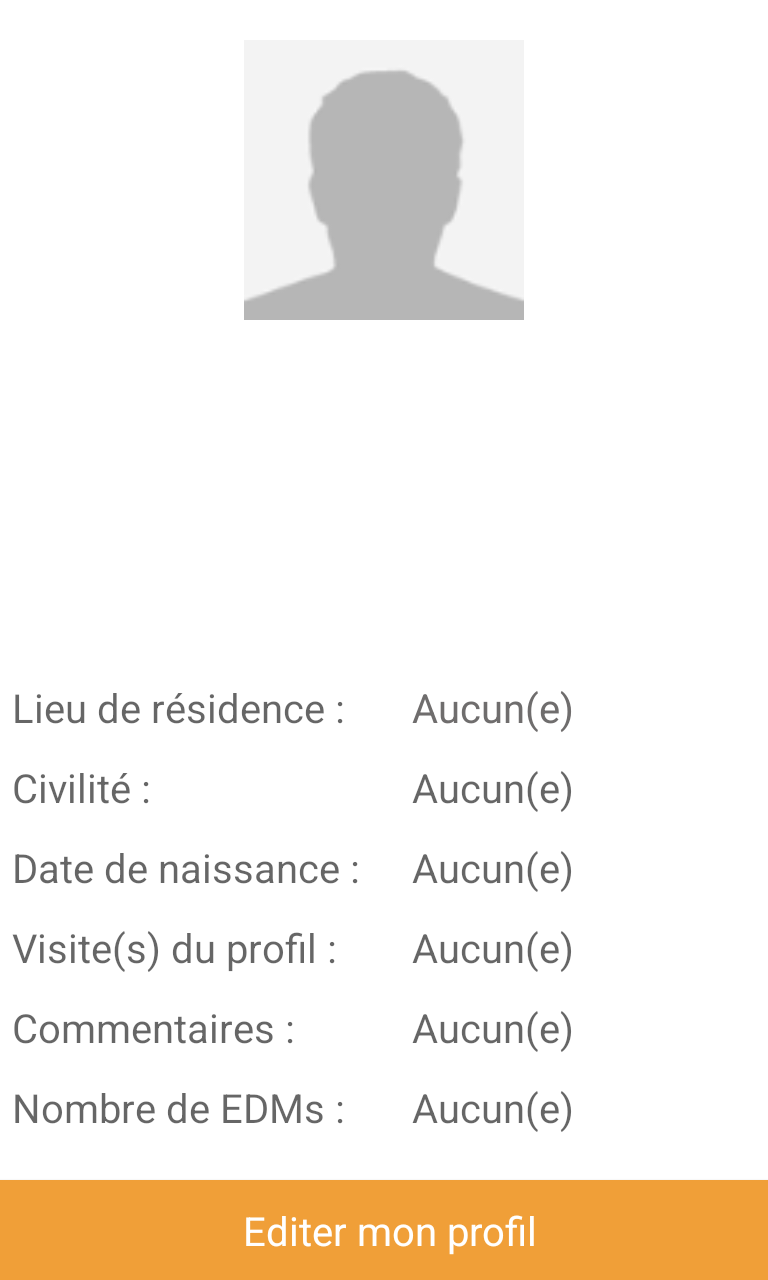
Repository: pierrealexvezinet/excusedemerde
Layout: edm/res/layout/account_fragment.xml
An editor plug-in stored every save of this project. The layout is shown before and after the next save, followed by the edit.
It is drawn on a 768 x 1280 px phone screen (xhdpi) without system bars, with theme Theme.AppCompat.Light; the app's code is not run.

Above is the layout before, as saved 2014-02-15 18:29:56.

After the next save:
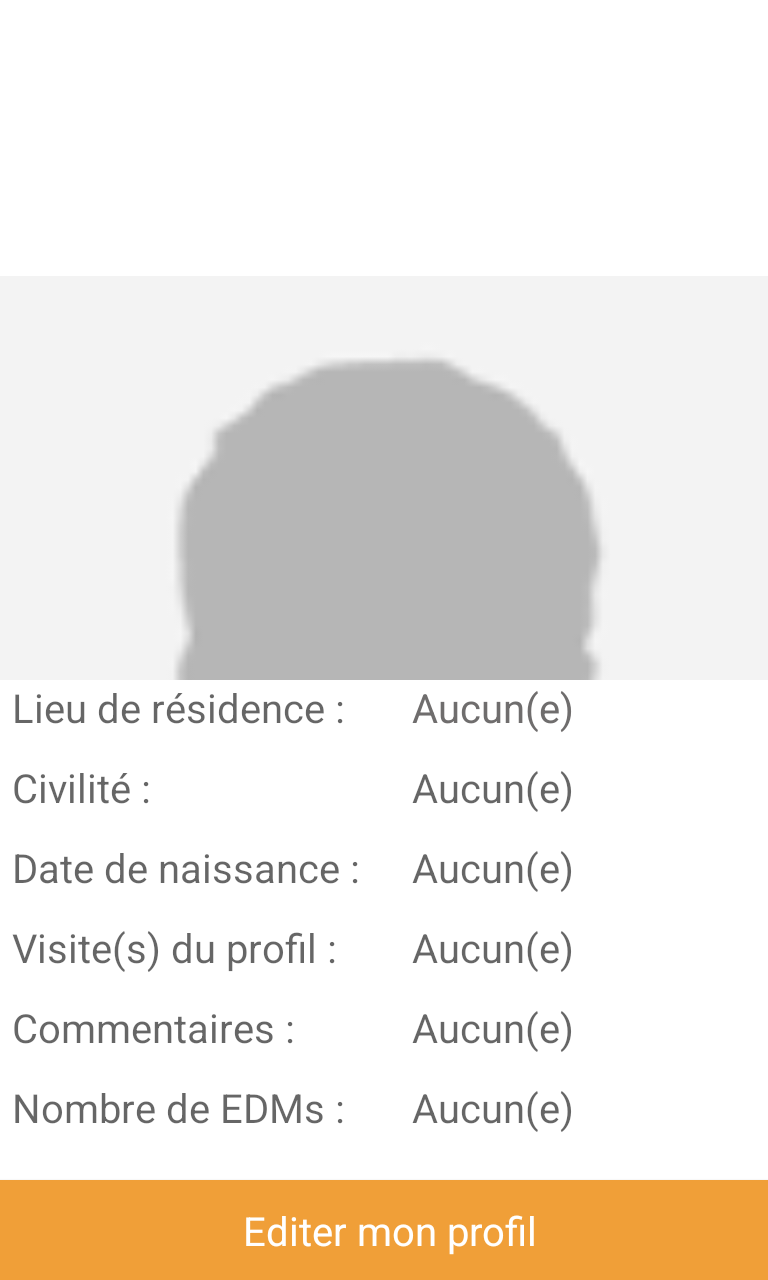
Saved 17 s later.
--- a/edm/res/layout/account_fragment.xml
+++ b/edm/res/layout/account_fragment.xml
@@ -23,7 +23,7 @@
                 android:id="@+id/imgv_user_photo"
                 android:layout_width="match_parent"
                 android:layout_marginTop="20dp"
-                android:layout_height="140dp"
+                android:layout_height="match_parent"
                 android:layout_alignParentTop="true"
                 android:layout_centerHorizontal="true"
                 android:contentDescription="@string/user_photo"
